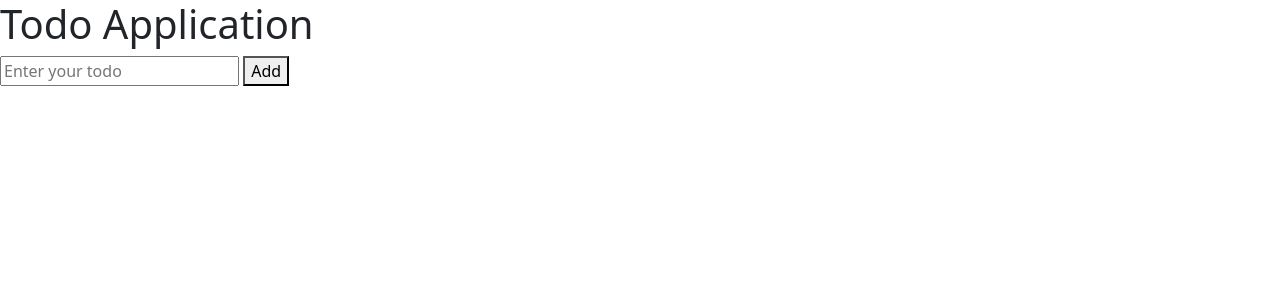
Repository: Alphosmart/param
Page: todo.html
An editor plug-in stored every save of this project. The page is shown before and after the next save, followed by the edit.
The browser window is 1280 px wide. The pictures show the whole page.

Above is the page before, as saved 2024-07-01 08:16:30.

### todo.html
<!DOCTYPE html>
<html lang="en">
  <head>
    <meta charset="UTF-8" />
    <meta name="viewport" content="width=device-width, initial-scale=1.0" />
    <title>Todo</title>
    <link rel="stylesheet" href="style.css" />
    <link
      href="https://cdn.jsdelivr.net/npm/bootstrap@5.3.3/dist/css/bootstrap.min.css"
      rel="stylesheet"
      integrity="sha384-QWTKZyjpPEjISv5WaRU9OFeRpok6YctnYmDr5pNlyT2bRjXh0JMhjY6hW+ALEwIH"
      crossorigin="anonymous"
    />
  </head>

  <body style="bg-dark">
    <h1>Todo Application</h1>
    <input type="text" placeholder="Enter your todo" id="todo" />
    <button onclick="addTodo()">Add</button>
    <div id="showFace"></div>

    <script src="script.js"></script>
  </body>
</html>

### style.css
.btnDelete {
    border: none;
    border-radius: 10%;
    padding: 10px;
    text-align: center;
    background-color: #ff0000;
    color: #fff;
}

### script.js
'use strict';

var allTodos = [];

function addTodo() {
  var inputs = document.getElementById('todo').value;
  if (inputs !== '') {
    allTodos.push(inputs);
    console.log(allTodos);
    document.getElementById('todo').value = '';
    displayTodo();
  } else {
    alert('Please enter something.');
  }
}

function displayTodo() {
  showFace.innerHTML = '';
  for (var i = 0; i < allTodos.length; i++) {
    showFace.innerHTML += `
      <h3>${i + 1}. ${allTodos[i]}</h3>
      <button class='btnDelete' onclick="deleteTodo(${i})">Delete</button>
      <button onclick="editTodo(${i})" style="color: orangered">Edit</button>
    `;
  }
}

function deleteTodo(index) {
  var confirmDelete = confirm('Are you sure you want to delete this item?');
  if (confirmDelete) {
    allTodos.splice(index, 1);
    displayTodo();
  }
}

function editTodo(index) {
  var newTodo = prompt('Edit your todo:', allTodos[index]);
  if (newTodo !== null && newTodo !== '') {
    allTodos[index] = newTodo;
    displayTodo();
  } else if (newTodo === '') {
    alert('The input cannot be empty.');
  }
}

After the next save:
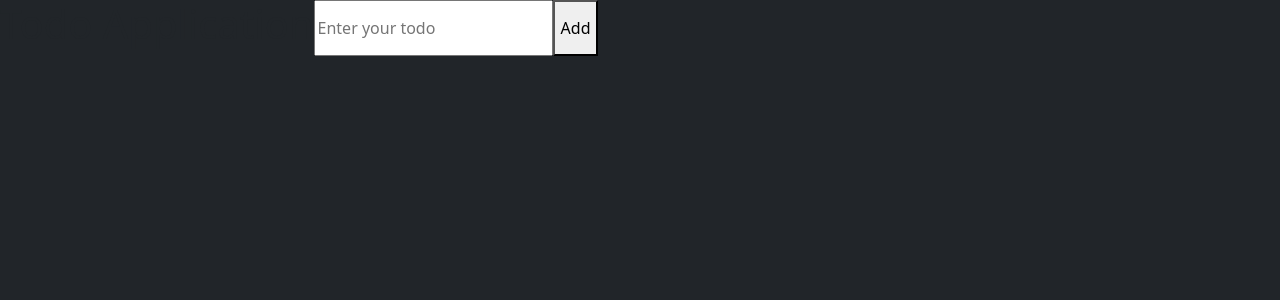
Saved 118 s later.
--- a/todo.html
+++ b/todo.html
@@ -13,7 +13,7 @@
     />
   </head>
 
-  <body style="bg-dark">
+  <body class="bg-dark d-flex">
     <h1>Todo Application</h1>
     <input type="text" placeholder="Enter your todo" id="todo" />
     <button onclick="addTodo()">Add</button>
